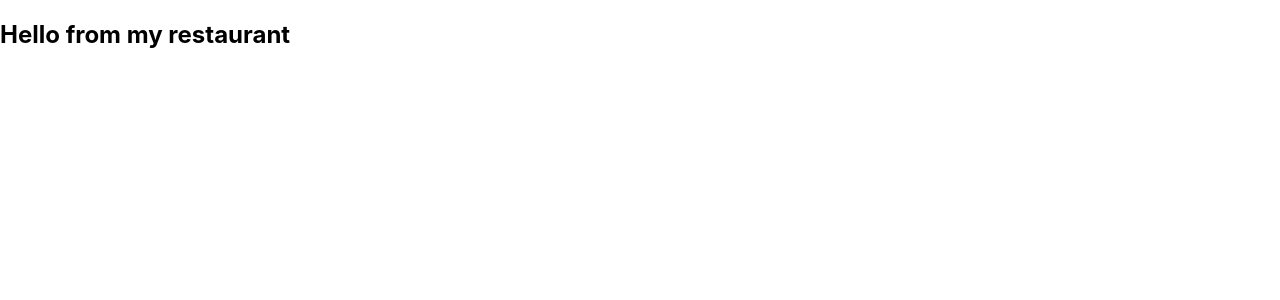
Repository: FS-23/my-restaurant
Page: /
The author's editor kept a copy of each file at every save. The page is drawn from the files as they stood at one save, then again after the next save.
The browser window is 1280 px wide. The pictures show the whole page.
The project was rebuilt for these pictures with package versions that can differ from the ones it lists, and the page was loaded fresh each time.

Above is the page before, as saved 2022-04-29 13:27:31.

After the next save:
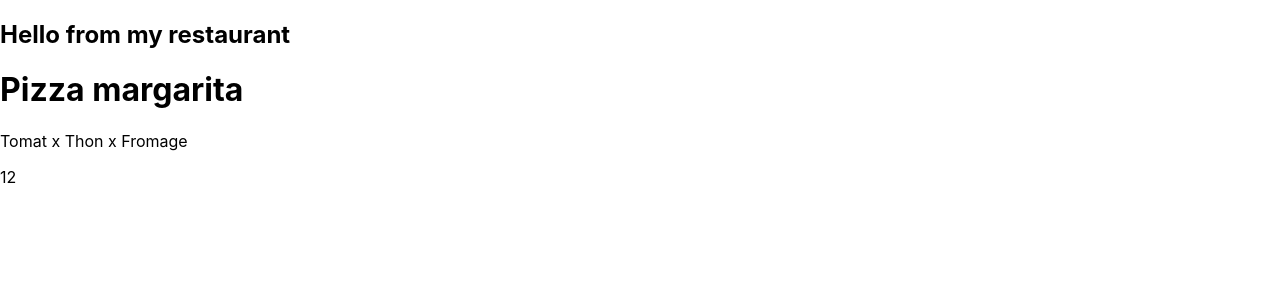
Saved 41 s later.
--- a/src/components/Menu.js
+++ b/src/components/Menu.js
@@ -2,7 +2,7 @@ import Plat from "./Plat"
 function Menu(){
     return (
         <div>
-            < Plat />
+            < Plat name="Pizza margarita" price="12" ingredient="Tomat x Thon x Fromage" />
         </div>
     )
 }
